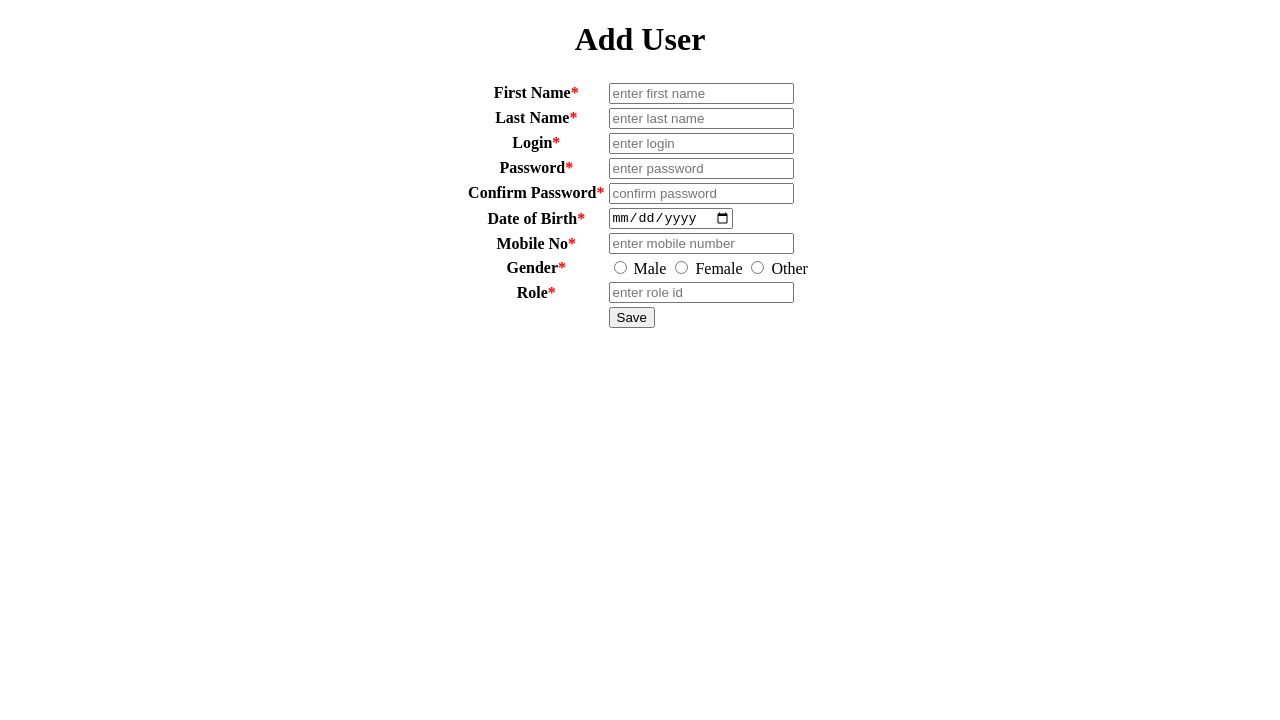
Repository: Abhay-malve-09/Project-04
Page: http://localhost/ORSProject-04/jsp/UserView.jsp
The author's editor kept a copy of each file at every save. The page is drawn from the files as they stood at one save, then again after the next save.
The browser window is 1280 px wide. The pictures show the whole page.
The page is served by Tomcat 10. Other server files are loaded and not shown.

Above is the page before, as saved 2026-09-08 06:21:33.

### Project04-workspace/ORSProject-04/src/main/webapp/jsp/UserView.jsp
<%@page import="in.co.rays.proj4.controller.BaseCtl"%>
<%@page import="in.co.rays.proj4.controller.ORSView"%>
<%@page import="in.co.rays.proj4.util.ServletUtility"%>
<%@ page language="java" contentType="text/html; charset=UTF-8"
    pageEncoding="UTF-8"%>
<!DOCTYPE html>
<html>
<head>
<meta charset="UTF-8">
<title>Insert title here</title>
</head>
<body>
	<%
String _suc = ServletUtility.getSuccessMessage(request);
String _err = ServletUtility.getErrorMessage(request);
%>


	<form action="<%=ORSView.USER_CTL %>" method="post">

		<div align="center">

			<h1>Add User</h1>

			<%-- <h3 style="color: green"><%=_suc != null ? _suc : "" %></h3>
			<h3 style="color: red"><%=_err != null ? _err : "" %></h3> --%>

				<h3 style="color: green"><%=_suc%></h3>
			<h3 style="color: red"><%=_err%></h3>

			<table>

				<tr>
    <th>First Name<font color="red">*</font></th>
    <td>
        <input type="text" name="firstName" value=""
               placeholder="enter first name">
    </td>
    <td style="color: red">
        <%=ServletUtility.getErrorMessage("firstName", request) %>
    </td>
</tr>

<tr>
    <th>Last Name<font color="red">*</font></th>
    <td>
        <input type="text" name="lastName" value=""
               placeholder="enter last name">
    </td>
    <td style="color: red">
        <%=ServletUtility.getErrorMessage("lastName", request) %>
    </td>
</tr>

<tr>
    <th>Login<font color="red">*</font></th>
    <td>
        <input type="text" name="login" value=""
               placeholder="enter login">
    </td>
    <td style="color: red">
        <%=ServletUtility.getErrorMessage("login", request) %>
    </td>
</tr>

<tr>
    <th>Password<font color="red">*</font></th>
    <td>
        <input type="password" name="password"
               placeholder="enter password">
    </td>
    <td style="color: red">
        <%=ServletUtility.getErrorMessage("password", request) %>
    </td>
</tr>

<tr>
    <th>Confirm Password<font color="red">*</font></th>
    <td>
        <input type="password" name="confirmPassword"
               placeholder="confirm password">
    </td>
    <td style="color: red">
        <%=ServletUtility.getErrorMessage("confirmPassword", request) %>
    </td>
</tr>

<tr>
    <th>Date of Birth<font color="red">*</font></th>
    <td>
        <input type="date" name="dob" value="">
    </td>
    <td style="color: red">
        <%=ServletUtility.getErrorMessage("dob", request) %>
    </td>
</tr>

<tr>
    <th>Mobile No<font color="red">*</font></th>
    <td>
        <input type="text" name="mobileNo" value=""
               placeholder="enter mobile number">
    </td>
    <td style="color: red">
        <%=ServletUtility.getErrorMessage("mobileNo", request) %>
    </td>
</tr>

<tr>
    <th>Gender<font color="red">*</font></th>
    <td>
        <input type="radio" name="gender" value="Male"> Male
        <input type="radio" name="gender" value="Female"> Female
        <input type="radio" name="gender" value="Other"> Other
    </td>
    <td style="color: red">
        <%=ServletUtility.getErrorMessage("gender", request) %>
    </td>
</tr>

<tr>
    <th>Role<font color="red">*</font></th>
    <td>
        <input type="text" name="roleId" value=""
               placeholder="enter role id">
    </td>
    <td style="color: red">
        <%=ServletUtility.getErrorMessage("roleId", request) %>
    </td>
</tr>


				<tr>

					<th></th>
					<td><input type ="submit" name="operation"
							value="<%=BaseCtl.OP_SAVE %>"></td>

				</tr>

			</table>


		</div>


	</form>

</body>
</html>

### Project04-workspace/ORSProject-04/src/main/java/in/co/rays/proj4/util/ServletUtility.java
package in.co.rays.proj4.util;

import java.io.IOException;
import java.util.List;

import in.co.rays.proj4.bean.BaseBean;
import in.co.rays.proj4.controller.BaseCtl;
import in.co.rays.proj4.controller.ORSView;
import jakarta.servlet.RequestDispatcher;
import jakarta.servlet.ServletException;
import jakarta.servlet.http.HttpServletRequest;
import jakarta.servlet.http.HttpServletResponse;

public class ServletUtility {

	public static void forward(String page, HttpServletRequest request, HttpServletResponse response)
			throws IOException, ServletException {
		RequestDispatcher rd = request.getRequestDispatcher(page);
		rd.forward(request, response);
	}

	public static void redirect(String page, HttpServletRequest request, HttpServletResponse response)
			throws IOException, ServletException {
		response.sendRedirect(page);
	}

	public static void handleException(Exception e, HttpServletRequest request, HttpServletResponse response)
			throws IOException, ServletException {
		e.printStackTrace();
		request.setAttribute("exception", e);
		response.sendRedirect(ORSView.ERROR_CTL);
	}

	public static String getMessage(String key, HttpServletRequest request) {
		String val = (String) request.getAttribute(key);
		if (DataValidator.isNull(val))
			val = "";
		return val;
	}

	public static void setMessage(String key, String msg, HttpServletRequest request) {
		if (DataValidator.isNotNull(key) && DataValidator.isNotNull(msg)) {
			request.setAttribute(key, msg);
		}
	}

	public static void setErrorMessage(String msg, HttpServletRequest request) {
		setMessage(BaseCtl.MSG_ERROR, msg, request);
		setMessage(BaseCtl.HAS_ERROR, "true", request);
		setMessage(BaseCtl.MESSAGE, msg, request);
	}

	public static String getErrorMessage(HttpServletRequest request) {
		String msg = getMessage(BaseCtl.MSG_ERROR, request);
		if (DataValidator.isNull(msg)) {
			msg = request.getParameter(BaseCtl.MSG_ERROR);
		}
		return DataUtility.getStringData(msg);
	}

	public static String getErrorMessage(String key, HttpServletRequest request) {
		return getMessage(key, request);
	}

	public static void setSuccessMessage(String msg, HttpServletRequest request) {
		setMessage(BaseCtl.MSG_SUCCESS, msg, request);
		setMessage(BaseCtl.HAS_ERROR, "false", request);
		setMessage(BaseCtl.MESSAGE, msg, request);
	}

	public static String getSuccessMessage(HttpServletRequest request) {
		String msg = getMessage(BaseCtl.MSG_SUCCESS, request);
		if (DataValidator.isNull(msg)) {
			msg = request.getParameter(BaseCtl.MSG_SUCCESS);
		}
		return DataUtility.getStringData(msg);
	}

	public static void setBean(BaseBean bean, HttpServletRequest request) {
		request.setAttribute("bean", bean);
	}

	public static BaseBean getBean(HttpServletRequest request) {
		return (BaseBean) request.getAttribute("bean");
	}

	public static String getParameter(String property, HttpServletRequest request) {
		String val = request.getParameter(property);
		if (DataValidator.isNull(val))
			val = "";
		return val;
	}

	public static void setList(List list, HttpServletRequest request) {
		request.setAttribute("list", list);
	}

	public static List getList(HttpServletRequest request) {
		return (List) request.getAttribute("list");
	}

	public static void setPageNo(int pageNo, HttpServletRequest request) {
		request.setAttribute("pageNo", pageNo);
	}

	public static int getPageNo(HttpServletRequest request) {
		return (int) request.getAttribute("pageNo");
	}

	public static void setPageSize(int pageSize, HttpServletRequest request) {
		request.setAttribute("pageSize", pageSize);
	}

	public static int getPageSize(HttpServletRequest request) {
		return (int) request.getAttribute("pageSize");
	}

	public static void main(String[] args) {
		Integer val = null;
		int i = val;
	}
}

### Project04-workspace/ORSProject-04/src/main/java/in/co/rays/proj4/util/DataValidator.java
package in.co.rays.proj4.util;

import java.util.Date;

// check input data enter by user is valid or not
public class DataValidator {

	public static boolean isNull(String val) {
		if (val == null || val.trim().length() == 0) {
			return true;
		} else {
			return false;
		}
	}

	public static boolean isNotNull(String val) {
		return isNull(val) == false;

	}

	public static boolean isInteger(String val) {
		if (isNotNull(val)) {
			try {
				int i = Integer.parseInt(val);
				return true;
			} catch (NumberFormatException e) {
				return false;
			}
		} else {
			return false;
		}
	}

	public static boolean isLong(String val) {
		if (isNotNull(val)) {
			try {
				long i = Long.parseLong(val);
				return true;
			} catch (NumberFormatException e) {
				return false;
			}
		} else {
			return false;
		}
	}

	public static boolean isEmail(String val) {

		String emailreg = "^[_A-Za-z0-9-]+(\\.[_A-Za-z0-9-]+)*@[A-Za-z0-9]+(\\.[A-Za-z0-9]+)*(\\.[A-Za-z]{2,})$";

		if (isNotNull(val)) {
			try {
				return val.matches(emailreg);
			} catch (NumberFormatException e) {
				return false;
			}

		} else {
			return false;
		}
	}

	public static boolean isDate(String val) {
		Date d = null;
		if (isNotNull(val)) {
			d = DataUtility.getDate(val);
		}
		return d != null;
	}

	public static boolean isName(String val) {

		String namereg = "^[^-\\s][\\p{L} .'-]+$";

		if (isNotNull(val)) {
			try {
				return val.matches(namereg);
			} catch (NumberFormatException e) {
				return false;
			}

		} else {
			return false;
		}
	}

	public static boolean isPassword(String val) {

		String passreg = "(?=.*[0-9])(?=.*[a-z])(?=.*[A-Z])(?=.*[@#$%^&+=])(?=\\S+$).{8,12}";

		if (isNotNull(val)) {
			try {
				return val.matches(passreg);
			} catch (NumberFormatException e) {
				return false;
			}

		} else {
			return false;
		}
	}

	public static boolean isPasswordLength(String val) {

		if (isNotNull(val) && val.length() >= 8 && val.length() <= 12) {
			return true;
		} else {
			return false;
		}
	}

	/**
	 * Checks if value is valid Phone No.
	 *
	 * @param val
	 * @return
	 */
	public static boolean isPhoneNo(String val) {

		String phonereg = "^[6-9][0-9]{9}$";

		if (isNotNull(val)) {
			try {
				return val.matches(phonereg);
			} catch (NumberFormatException e) {
				return false;
			}

		} else {
			return false;
		}
	}

	/**
	 * Checks if value of Mobile No is 10
	 *
	 * @param val
	 * @return
	 */
	public static boolean isPhoneLength(String val) {

		if (isNotNull(val) && val.length() == 10) {
			return true;
		} else {
			return false;
		}
	}

	public static boolean isRollNo(String val) {

		String rollreg = "[a-zA-Z]{2}[0-9]{3}";

		if (isNotNull(val)) {
			try {
				return val.matches(rollreg);
			} catch (NumberFormatException e) {
				return false;
			}

		} else {
			return false;
		}
	}

	public static boolean isAge(String val) {

		Date today = new Date();
		Date enterDate = DataUtility.getDate(val);

		int age = today.getYear() - enterDate.getYear();

		if (age > 18 && isNotNull(val)) {
			return true;
		} else {
			return false;
		}
	}

	public static boolean isMobileNo(String val) {

		String mobreg = "^[6-9][0-9]{9}$";

		if (isNotNull(val) && val.matches(mobreg)) {

			return true;
		} else {
			return false;
		}
	}

	public static void main(String[] args) {
		System.out.println("Not Null  " + isNotNull("ABC"));
		System.out.println(isNull(""));

	}

}

### Project04-workspace/ORSProject-04/src/main/java/in/co/rays/proj4/util/DataUtility.java
package in.co.rays.proj4.util;

import java.sql.Timestamp;
import java.text.SimpleDateFormat;
import java.util.Date;

// DataUtility class format dATA INTO CORRECT FORMAT OR INTO ANOTHER FORMAT
public class DataUtility {

	public static final String APP_DATE_FORMAT = "yyyy-MM-dd";
	public static final String APP_TIME_FORMAT = "MM/dd/yyyy HH:mm:ss";
	private static final SimpleDateFormat formatter = new SimpleDateFormat(APP_DATE_FORMAT);
	private static final SimpleDateFormat timeFormatter = new SimpleDateFormat(APP_TIME_FORMAT);

	public static String getString(String val) {
		if (DataValidator.isNotNull(val)) {
			return val.trim();
		} else {
			return val;
		}
	}

	public static String getStringData(Object val) {
		if (val != null) {
			return val.toString();
		} else {
			return "";
		}
	}

	public static int getInt(String val) {
		if (DataValidator.isInteger(val)) {
			return Integer.parseInt(val);
		} else {
			return 0;
		}
	}

	public static long getLong(String val) {
		if (DataValidator.isLong(val)) {
			return Long.parseLong(val);
		} else {
			return 0;
		}
	}

	public static Date getDate(String val) {
		Date date = null;
		try {
			date = formatter.parse(val);
		} catch (Exception e) {

		}
		return date;
	}

	public static String getDateString(Date date) {
		try {
			return formatter.format(date);
		} catch (Exception e) {
		}
		return "";
	}

	public static Timestamp getTimestamp(String val) {

		Timestamp timeStamp = null;
		try {
			timeStamp = new Timestamp((timeFormatter.parse(val)).getTime());
		} catch (Exception e) {
			return null;
		}
		return timeStamp;
	}

	public static Timestamp getTimestamp(long l) {

		Timestamp timeStamp = null;
		try {
			timeStamp = new Timestamp(l);
		} catch (Exception e) {
			return null;
		}
		return timeStamp;
	}

	public static Timestamp getCurrentTimestamp() {
		Timestamp timeStamp = null;
		try {
			timeStamp = new Timestamp(new Date().getTime());
		} catch (Exception e) {
		}
		return timeStamp;

	}

	public static long getTimestamp(Timestamp tm) {
		try {
			return tm.getTime();
		} catch (Exception e) {
			return 0;
		}
	}

}

### Project04-workspace/ORSProject-04/src/main/webapp/jsp/Footer.jsp
<!DOCTYPE html>
<html>
<head>
<meta charset="ISO-8859-1">
<title>Insert title here</title>

<style type="text/css">
#footer {
	position: fixed;
	left: 0;
	width: 100%;
	bottom: 0;
	background-color: white;
	color: black;
	text-align: center;
}
</style>

</head>
<body>
	<div id="footer">
		<hr>
		<h3>All rights reserved by Rays EdTech, SunilOS Infotech Pvt Ltd
			Copyright © 2026</h3>
	</div>
</body>
</html>

After the next save:
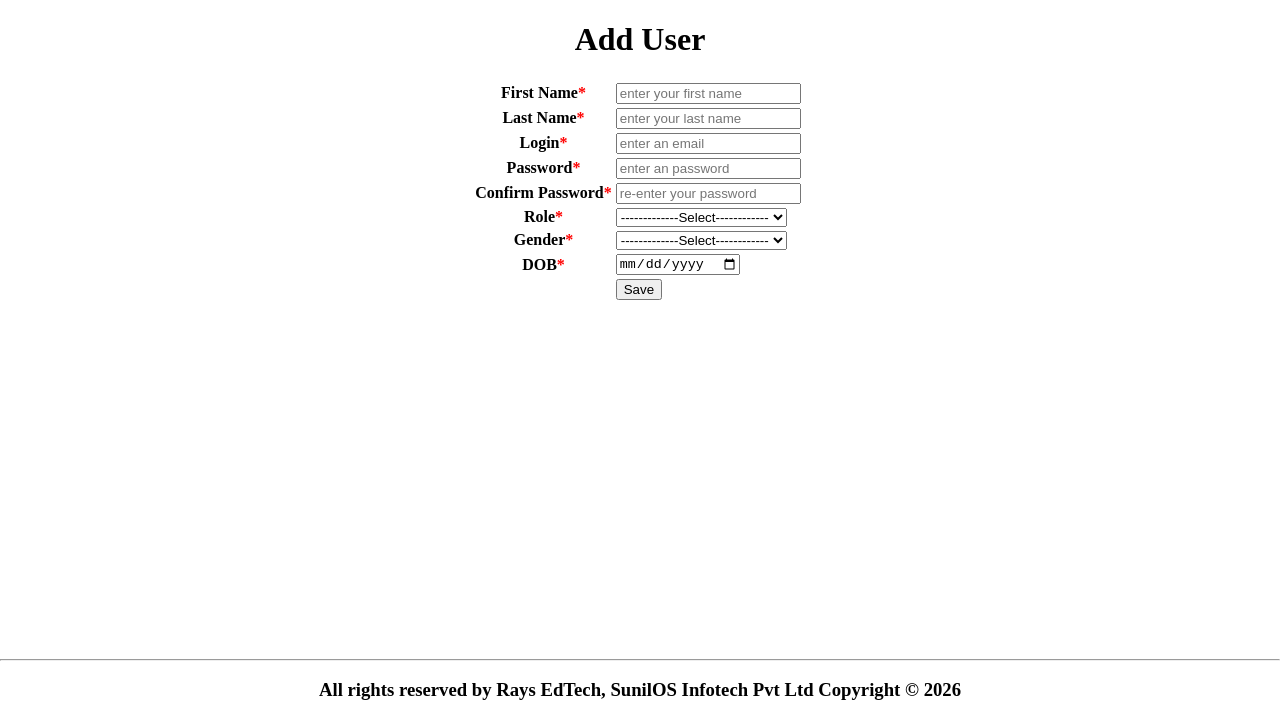
Saved 6 min 39 s later.
--- a/Project04-workspace/ORSProject-04/src/main/webapp/jsp/UserView.jsp
+++ b/Project04-workspace/ORSProject-04/src/main/webapp/jsp/UserView.jsp
@@ -1,3 +1,4 @@
+<%@page import="in.co.rays.proj4.controller.UserRegistrationCtl"%>
 <%@page import="in.co.rays.proj4.controller.BaseCtl"%>
 <%@page import="in.co.rays.proj4.controller.ORSView"%>
 <%@page import="in.co.rays.proj4.util.ServletUtility"%>
@@ -34,18 +35,19 @@ String _err = ServletUtility.getErrorMessage(request);
     <th>First Name<font color="red">*</font></th>
     <td>
         <input type="text" name="firstName" value=""
-               placeholder="enter first name">
+               placeholder="enter your first name">
     </td>
     <td style="color: red">
         <%=ServletUtility.getErrorMessage("firstName", request) %>
     </td>
 </tr>
 
+
 <tr>
     <th>Last Name<font color="red">*</font></th>
     <td>
         <input type="text" name="lastName" value=""
-               placeholder="enter last name">
+               placeholder="enter your last name">
     </td>
     <td style="color: red">
         <%=ServletUtility.getErrorMessage("lastName", request) %>
@@ -56,7 +58,7 @@ String _err = ServletUtility.getErrorMessage(request);
     <th>Login<font color="red">*</font></th>
     <td>
         <input type="text" name="login" value=""
-               placeholder="enter login">
+               placeholder="enter an email">
     </td>
     <td style="color: red">
         <%=ServletUtility.getErrorMessage("login", request) %>
@@ -67,7 +69,7 @@ String _err = ServletUtility.getErrorMessage(request);
     <th>Password<font color="red">*</font></th>
     <td>
         <input type="password" name="password"
-               placeholder="enter password">
+               placeholder="enter an password">
     </td>
     <td style="color: red">
         <%=ServletUtility.getErrorMessage("password", request) %>
@@ -78,7 +80,7 @@ String _err = ServletUtility.getErrorMessage(request);
     <th>Confirm Password<font color="red">*</font></th>
     <td>
         <input type="password" name="confirmPassword"
-               placeholder="confirm password">
+               placeholder="re-enter your password">
     </td>
     <td style="color: red">
         <%=ServletUtility.getErrorMessage("confirmPassword", request) %>
@@ -86,55 +88,39 @@ String _err = ServletUtility.getErrorMessage(request);
 </tr>
 
 <tr>
-    <th>Date of Birth<font color="red">*</font></th>
-    <td>
-        <input type="date" name="dob" value="">
-    </td>
-    <td style="color: red">
-        <%=ServletUtility.getErrorMessage("dob", request) %>
-    </td>
-</tr>
+					<th>Role<font color="red">*</font></th>
+					<td><select class='form-control' name='roleId'>
+							<option selected value=''>-------------Select------------</option>
+							<option value='1'>Admin</option>
+							<option value='2'>Student</option>
+							<option value='3'>College</option>
+							<option value='4'>KIOSK</option>
+					</select></td>
+					<td style="color: red"><%=ServletUtility.getErrorMessage("roleId", request)%></td>
+				</tr>
 
 <tr>
-    <th>Mobile No<font color="red">*</font></th>
-    <td>
-        <input type="text" name="mobileNo" value=""
-               placeholder="enter mobile number">
-    </td>
-    <td style="color: red">
-        <%=ServletUtility.getErrorMessage("mobileNo", request) %>
-    </td>
-</tr>
+					<th>Gender<font color="red">*</font></th>
+					<td><select class='form-control' name='gender'>
+							<option selected value=''>-------------Select------------</option>
+							<option value='female'>female</option>
+							<option value='male'>male</option>
+					</select></td>
+					<td style="color: red"><%=ServletUtility.getErrorMessage("gender", request)%></td>
+				</tr>
 
-<tr>
-    <th>Gender<font color="red">*</font></th>
-    <td>
-        <input type="radio" name="gender" value="Male"> Male
-        <input type="radio" name="gender" value="Female"> Female
-        <input type="radio" name="gender" value="Other"> Other
-    </td>
-    <td style="color: red">
-        <%=ServletUtility.getErrorMessage("gender", request) %>
-    </td>
-</tr>
-
-<tr>
-    <th>Role<font color="red">*</font></th>
-    <td>
-        <input type="text" name="roleId" value=""
-               placeholder="enter role id">
-    </td>
-    <td style="color: red">
-        <%=ServletUtility.getErrorMessage("roleId", request) %>
-    </td>
-</tr>
+				<tr>
+					<th>DOB<font color="red">*</font></th>
+					<td><input type="date" name="dob" value=""></td>
+					<td style="color: red"><%=ServletUtility.getErrorMessage("dob", request)%></td>
+				</tr>
 
 
 				<tr>
 
 					<th></th>
 					<td><input type ="submit" name="operation"
-							value="<%=BaseCtl.OP_SAVE %>"></td>
+							value="<%=UserRegistrationCtl.OP_SAVE %>"></td>
 
 				</tr>
 
@@ -145,6 +131,6 @@ String _err = ServletUtility.getErrorMessage(request);
 
 
 	</form>
-
+ 	<%@ include file="Footer.jsp"%>
 </body>
 </html>
